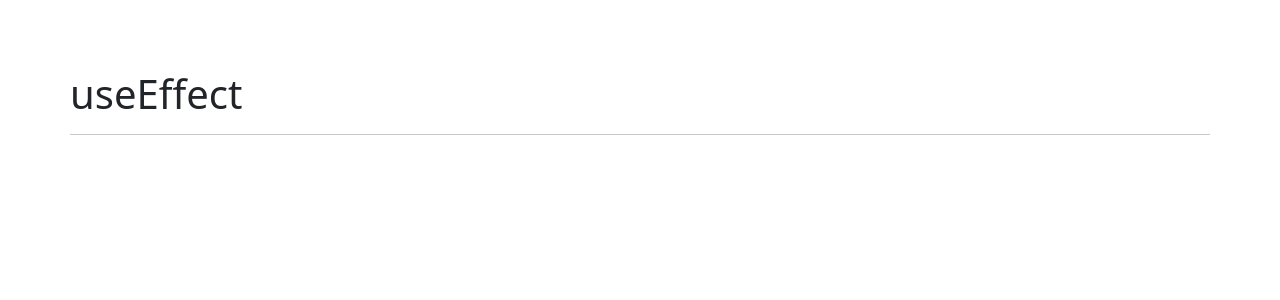
Repository: ppfeliuu/hooks-app
Page: /
The author's editor kept a copy of each file at every save. The page is drawn from the files as they stood at one save, then again after the next save.
The browser window is 1280 px wide. The pictures show the whole page.
The project was rebuilt for these pictures with package versions that can differ from the ones it lists, and the page was loaded fresh each time. Also part of the build but not shown: src/components/01-useState/CounterApp.js, src/hooks/useCounter.js, src/components/01-useState/CounterWithCustomHook.js, src/HookApp.js.

Above is the page before, as saved 2021-05-28 17:10:42.

After the next save:
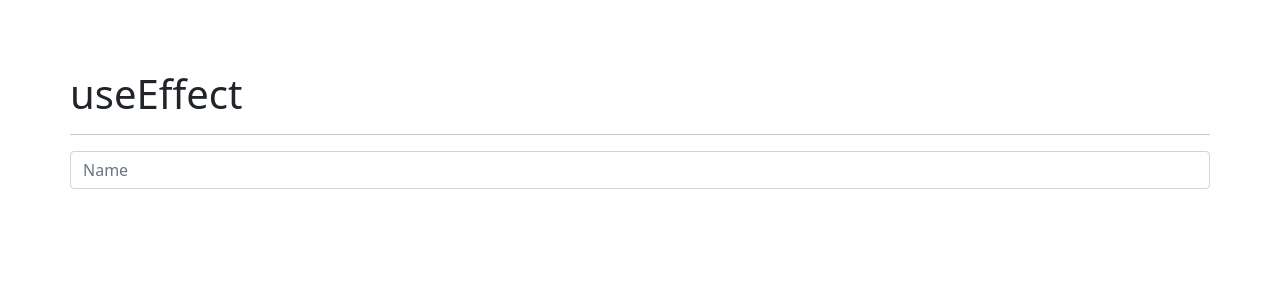
Saved 76 s later.
--- a/src/components/02-useEffect/SimpleForm.js
+++ b/src/components/02-useEffect/SimpleForm.js
@@ -17,6 +17,18 @@ export const SimpleForm = () => {
     <>
       <h1>useEffect</h1>
       <hr />
+
+      <div>
+        <input
+          type="text"
+          name="name"
+          className="form-control"
+          placeholder="Name"
+          autoComplete="off"
+          value={name}
+          onChange={() => {}}
+        />
+      </div>
     </>
   );
 };
